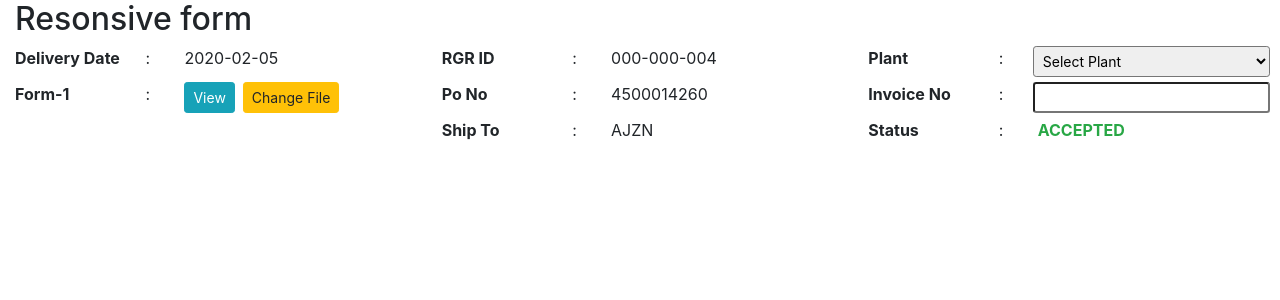
Repository: karthikairasu/Others_work
Page: form.html
An editor plug-in stored every save of this project. The page is shown before and after the next save, followed by the edit.
The browser window is 1280 px wide. The pictures show the whole page.

Above is the page before, as saved 2020-06-28 20:22:21.

### form.html
<!DOCTYPE html>
<html lang="en">
  <head>
    <title>Bootstrap Example</title>
    <meta charset="utf-8" />
    <meta name="viewport" content="width=device-width, initial-scale=1" />
    <link
      rel="stylesheet"
      href="https://maxcdn.bootstrapcdn.com/bootstrap/4.5.0/css/bootstrap.min.css"
    />
    <script src="https://ajax.googleapis.com/ajax/libs/jquery/3.5.1/jquery.min.js"></script>
    <script src="https://cdnjs.cloudflare.com/ajax/libs/popper.js/1.16.0/umd/popper.min.js"></script>
    <script src="https://maxcdn.bootstrapcdn.com/bootstrap/4.5.0/js/bootstrap.min.js"></script>
  </head>
  <body>
    <div class="container-fluid">
      <h2>Resonsive form</h2>
      <form class="" action="">
        <div class="row">
          <div class="col-md-4 col-sm-6 col-12 order-2 order-sm-1">
            <div class="form-row">
              <label class="col-md-4 col-sm-4 col-4"><b>RGR ID</b></label>
              <label class="col-md-1 col-sm-1 col-1 px-0">:</label>
              <label class="col-md-7 col-sm-7 col-7" id="RGR_ID"
                >000-000-004
              </label>
            </div>
            <div class="form-row py-1">
              <label class="col-md-4 col-sm-4 col-4"><b>Po No</b></label>
              <label class="col-md-1 col-sm-1 col-1 px-0">:</label>
              <label class="col-md-7 col-sm-7 col-7" id="Po_No"
                >4500014260
              </label>
            </div>
            <div class="form-row">
              <label class="col-md-4 col-sm-4 col-4"><b>Ship To</b></label>
              <label class="col-md-1 col-sm-1 col-1 px-0">:</label>
              <label class="col-md-7 col-sm-7 col-7" id="Ship_To">AJZN </label>
            </div>
          </div>
          <div class="col-md-4 col-sm-6 col-12 order-1 order-sm-2">
            <div class="form-row">
              <label class="col-md-4 col-sm-4 col-4"><b>Plant</b></label>
              <label class="col-md-1 col-sm-1 col-1 px-0">:</label>
              <select
                class="form-control-sm col-md-7 col-sm-7 col-7"
                name="plant"
                style="width: 60%;"
                required=""
              >
                <option value="">Select Plant</option>

                <option value="Riyadh">Riyadh</option>

                <option value="Jeddha">Jeddha</option>

                <option value="Dammam">Dammam</option>

                <option value="PMAH ">PMAH </option>
              </select>
            </div>
            <div class="form-row py-1">
              <label class="col-md-4 col-sm-4 col-4"><b>Invoice No</b></label>
              <label class="col-md-1 col-sm-1 col-1 px-0">:</label>
              <input
                type="text"
                class="form-control-sm col-md-7 col-sm-7 col-7"
                id="Invoice_No"
              />
            </div>
            <div class="form-row">
              <label class="col-md-4 col-sm-4 col-4"><b>Status</b></label>
              <label class="col-md-1 col-sm-1 col-1 px-0">:</label>
              <label class="col-md-7 col-sm-7 col-7 text-success" id="Status"
                ><b>ACCEPTED</b></label
              >
            </div>
          </div>
          <div class="col-md-4 col-sm-6 col-12">
            <div class="form-row">
              <label class="col-md-4 col-sm-4 col-4"
                ><b>Delivery Date</b></label
              >
              <label class="col-md-1 col-sm-1 col-1 px-0">:</label>
              <label class="col-md-7 col-sm-7 col-7" id="Delivery Date"
                >2020-02-05
              </label>
            </div>
            <div class="form-row py-1">
              <label class="col-md-4 col-sm-4 col-4"><b>Form-1</b></label>
              <label class="col-md-1 col-sm-1 col-1 px-0">:</label>
              <label class="col-md-7 col-sm-7 col-7 d-flex" id="form_1">
                <button class="btn btn-info btn-sm">View</button>&ensp;
                <button class="btn btn-warning btn-sm">Change File</button>
              </label>
            </div>
          </div>
        </div>
      </form>
    </div>
  </body>
</html>

After the next save:
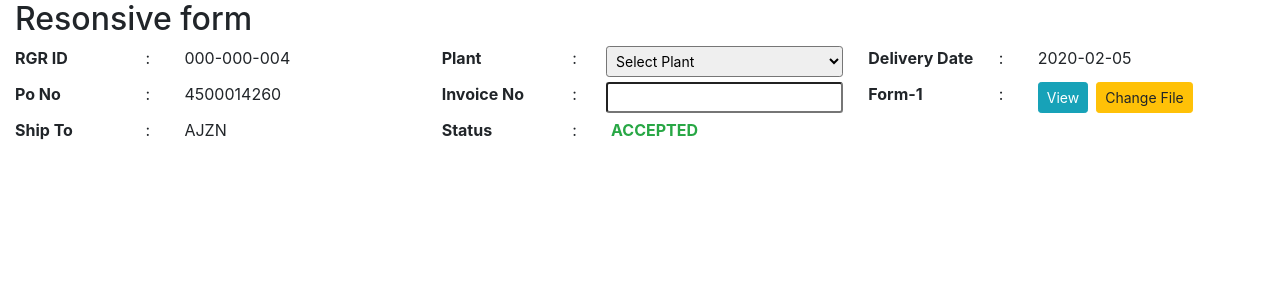
Saved 42 s later.
--- a/form.html
+++ b/form.html
@@ -76,7 +76,7 @@
               >
             </div>
           </div>
-          <div class="col-md-4 col-sm-6 col-12">
+          <div class="col-md-4 col-sm-6 col-12 order-3 order-sm-3">
             <div class="form-row">
               <label class="col-md-4 col-sm-4 col-4"
                 ><b>Delivery Date</b></label
